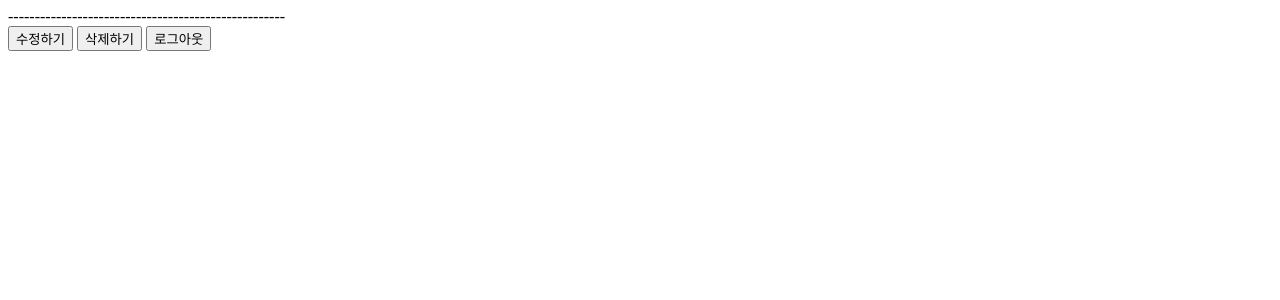
Repository: phoresis92/KITRI_JSP
Page: http://localhost/RequestServlet/view.jsp
These files come from the project's save history. The page is drawn as it stood at one moment and after the next save; the edit follows.
The browser window is 1280 px wide. The pictures show the whole page.
The page is served by Tomcat 9. Other server files are loaded and not shown.

Above is the page before, as saved 2018-12-21 05:45:47.

### JSP_workspace/RequestServlet/WebContent/view.jsp
<%@ page import="kr.co.young.model.MemberBean" %>
<%@ page language="java" contentType="text/html; charset=UTF-8" %>
<%@ taglib prefix="c" uri="http://java.sun.com/jsp/jstl/core" %>
<!DOCTYPE html>
<html>
<head>
<meta charset="UTF-8">

<script type="text/javascript">

function memdo(type){

		var el = document.member;
	if(type == "del"){
		//삭제 서블릿 실행 mem_code > delete

		el.mem_code.value = "delete";


	}else if(type == "mod"){
		//수정 서블릿 실행 mem_code > modify

		el.mem_code.value = "modify";
		//el.method = "get";
		//el.action = "/other.do";

	}else if(type == "logout"){

		el.log_code.value = "logout";
		el.action = "login.do";
	}

	el.submit();

}

</script>

<title>회원 정보 보기</title>
</head>
<body>
	<%-- 입력한 이름 : <%= request.getParameter("mb_name") %>
	입력한 이메일 : <%= request.getParameter("mb_email") %> --%>
	<!-- <h1>회원가입 완료 되었습니다</h1> -->
<%-- 	<%
		MemberBean mb = (MemberBean)request.getAttribute("MEMBER");
	%> --%>
	<%-- <!-- 스크립트릿을 통한 출력 방법 -->
	입력한 이름 : <%= mb.getName() %> <br>
	입력한 이메일 : <%= mb.getEmail() %> <br>

	<!-- EL을 통한 출력방법 -->
	입력한 이름 : ${ MEMBER.name } <br>
	입력한 이메일 : ${ MEMBER.email } <br> --%>
	---------------------------------------------------- <br>


	<%-- <c:set var="al" value="${ requestScope.MEMBER }"/> --%>
	<c:forEach items="${ MEMBER }" var="mem">
		${ mem.name }
		${ mem.email }
	</c:forEach>

	<form action="mem.do" method="post" name="member">
		<input name="h_name" type="hidden" value="${ requestScope.MEMBER[0].name }">
		<input name="h_email" type="hidden" value="${ requestScope.MEMBER[0].email }">
		<input name="mem_code" type="hidden" value="">
		<input name="log_code" type="hidden" value="">
		<input type="button" value="수정하기" onclick="memdo('mod');">
		<input type="button" value="삭제하기" onclick="memdo('del');">
		<input type="button" value="로그아웃" onclick="memdo('logout')">
	</form>


</body>
</html>

After the next save:
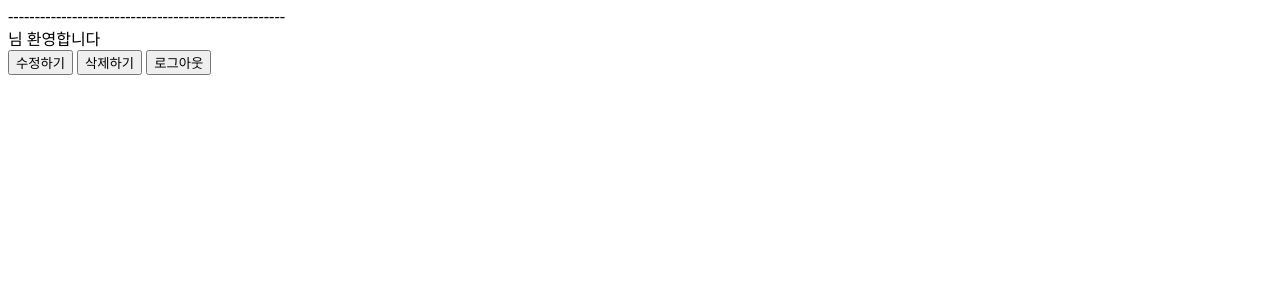
Saved 4 min 23 s later.
--- a/JSP_workspace/RequestServlet/WebContent/view.jsp
+++ b/JSP_workspace/RequestServlet/WebContent/view.jsp
@@ -61,6 +61,11 @@ function memdo(type){
 		${ mem.email }
 	</c:forEach>
 
+	${ MEMBER[0].name } 님 환영합니다
+	<c:if test="${MEMBER[0].name } == 'Peter'">
+		Peter(관리자) 님 로그인 성공
+	</c:if>
+
 	<form action="mem.do" method="post" name="member">
 		<input name="h_name" type="hidden" value="${ requestScope.MEMBER[0].name }">
 		<input name="h_email" type="hidden" value="${ requestScope.MEMBER[0].email }">
